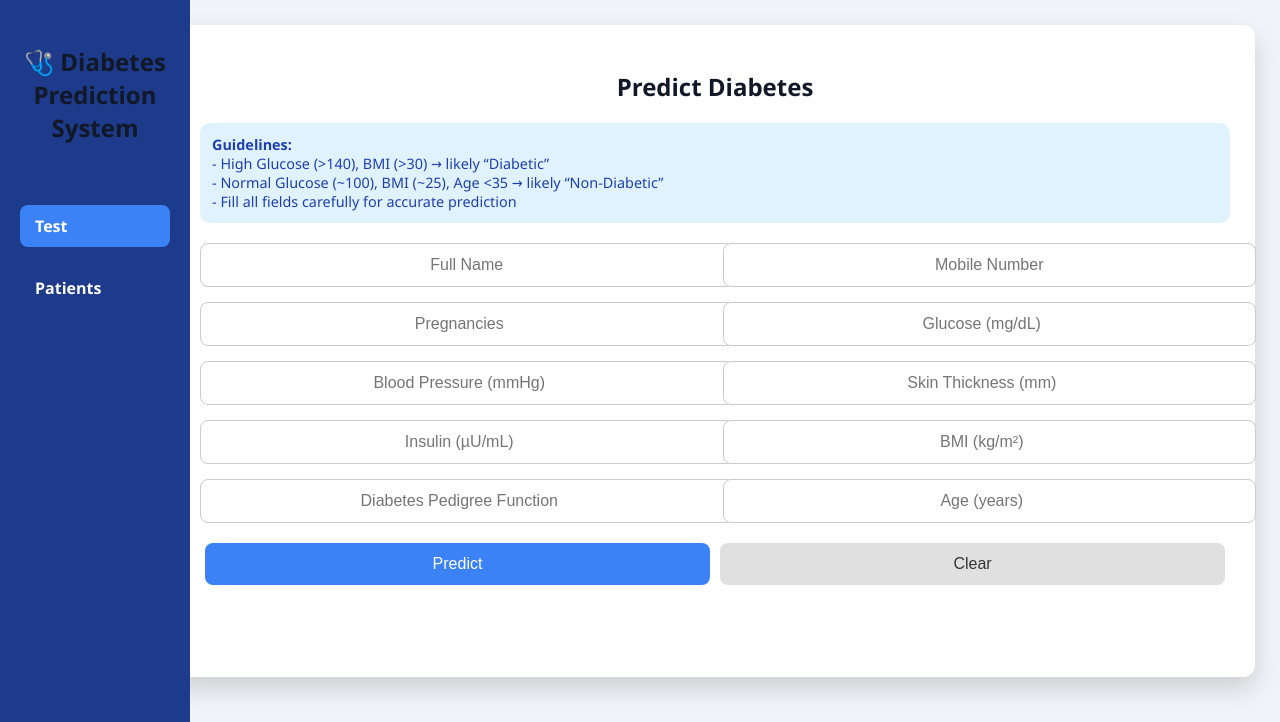
Repository: Aman14150/diabetes-prediction-system
Page: http://localhost/
An editor plug-in stored every save of this project. The page is shown before and after the next save, followed by the edit.
The browser window is 1280 px wide. The pictures show the whole page.
The page is served by the project's application, run on Flask 3 (app.py).

Above is the page before, as saved 2025-10-07 20:11:38.

### templates/index.html
<!DOCTYPE html>
<html lang="en">

<head>
    <meta charset="UTF-8">
    <title>Diabetes Prediction</title>
    <link rel="stylesheet" href="{{ url_for('static', filename='style.css') }}">
</head>

<body>
    <div class="container">
        <aside class="sidebar">
            <h2>🩺 Diabetes Prediction System</h2>
            <ul>
                <li><a href="/" class="{% if not show_patients %}active{% endif %}">Test</a></li>
                <li><a href="/patients" class="{% if show_patients %}active{% endif %}">Patients</a></li>
            </ul>
        </aside>

        <main class="content">
            {% if not show_patients %}
            <!-- Test Form -->
            <div class="card">
                <h2>Predict Diabetes</h2>
                <div class="guidelines">
                    <strong>Guidelines:</strong><br>
                    - High Glucose (>140), BMI (>30) → likely “Diabetic”<br>
                    - Normal Glucose (~100), BMI (~25), Age <35 → likely “Non-Diabetic”<br>
                        - Fill all fields carefully for accurate prediction
                </div>

                <form id="diabetesForm" action="/predict" method="post">
                    <input type="text" name="name" placeholder="Full Name" required>
                    <input type="tel" name="mobile" placeholder="Mobile Number" required>
                    <input type="number" name="Pregnancies" placeholder="Pregnancies" step="any" required>
                    <input type="number" name="Glucose" placeholder="Glucose (mg/dL)" step="any" required>
                    <input type="number" name="BloodPressure" placeholder="Blood Pressure (mmHg)" step="any" required>
                    <input type="number" name="SkinThickness" placeholder="Skin Thickness (mm)" step="any" required>
                    <input type="number" name="Insulin" placeholder="Insulin (µU/mL)" step="any" required>
                    <input type="number" name="BMI" placeholder="BMI (kg/m²)" step="any" required>
                    <input type="number" name="DiabetesPedigreeFunction" placeholder="Diabetes Pedigree Function"
                        step="any" required>
                    <input type="number" name="Age" placeholder="Age (years)" step="any" required>

                    <div class="button-group">
                        <button type="submit" id="predictBtn">Predict</button>
                        <button type="button" id="clearBtn">Clear</button>
                    </div>

                    {% if prediction_text %}
                    <div class="prediction">{{ prediction_text }}</div>
                    {% else %}
                    <div class="prediction">&nbsp;</div>
                    {% endif %}
                </form>
            </div>
            {% else %}
            <!-- Patients Table -->
            <div class="card">
                <h2>Patients List</h2>
                <table>
                    <thead>
                        <tr>
                            <th>Sr. No.</th> <!-- Serial Number -->
                            {% for col in patient_columns[1:] %} <!-- Skip DB ID -->
                            <th>{{ col|capitalize }}</th>
                            {% endfor %}
                            <th>Action</th>
                        </tr>
                    </thead>
                    <tbody>
                        {% for row in patient_data %}
                        <tr>
                            <td>{{ loop.index }}</td> <!-- Sr. No. using Jinja loop.index -->
                            {% for item in row[1:] %} <!-- Skip DB ID -->
                            <td>{{ item }}</td>
                            {% endfor %}
                            <td>
                                <form action="{{ url_for('delete_patient', patient_id=row[0]) }}" method="post"
                                    style="display:inline;">
                                    <button type="submit" class="delete-btn">Delete</button>
                                </form>
                            </td>
                        </tr>
                        {% endfor %}
                    </tbody>
                </table>
            </div>

            {% endif %}
        </main>
    </div>

    <script>
        document.getElementById('clearBtn')?.addEventListener('click', function () {
            document.getElementById('diabetesForm')?.reset();
        });
    </script>
</body>

</html>

### app.py
from flask import Flask, render_template, request, redirect, url_for
import joblib
import pandas as pd
import mysql.connector

app = Flask(__name__)

# MySQL Connection
db = mysql.connector.connect(
    host="127.0.0.1",
    port=3307,
    user="amanR",
    password="Mysql@150",
    database="diabetes_db"
)
cursor = db.cursor()
print("Database Connected successfully ✅")

# Load model & scaler
model = joblib.load("diabetes_model.pkl")
scaler = joblib.load("scaler.pkl")

@app.route('/')
def home():
    return render_template('index.html', prediction_text=None, show_patients=False)

@app.route('/predict', methods=['POST'])
def predict():
    try:
        # Personal info
        name = request.form['name']
        mobile = request.form['mobile']

        # Health data
        data = [float(request.form[key]) for key in [
            "Pregnancies","Glucose","BloodPressure","SkinThickness",
            "Insulin","BMI","DiabetesPedigreeFunction","Age"
        ]]
        input_df = pd.DataFrame([data], columns=[
            "Pregnancies","Glucose","BloodPressure","SkinThickness",
            "Insulin","BMI","DiabetesPedigreeFunction","Age"
        ])
        scaled_input = scaler.transform(input_df)
        prediction = model.predict(scaled_input)[0]
        result = "Diabetic" if prediction == 1 else "Non-Diabetic"

        # Save to MySQL
        sql = """INSERT INTO patients
                 (name, mobile, pregnancies, glucose, blood_pressure, skin_thickness, insulin, bmi, dpf, age, prediction)
                 VALUES (%s,%s,%s,%s,%s,%s,%s,%s,%s,%s,%s)"""
        cursor.execute(sql, (name, mobile, *data, result))
        db.commit()

        return render_template('index.html', prediction_text=f"Prediction: 🩺 {result}", show_patients=False)

    except Exception as e:
        return render_template('index.html', prediction_text=f"Error: {str(e)}", show_patients=False)

@app.route('/patients')
def patients():
    cursor.execute("SELECT * FROM patients")
    rows = cursor.fetchall()
    columns = [desc[0] for desc in cursor.description]
    return render_template('index.html', patient_data=rows, patient_columns=columns, show_patients=True)

@app.route('/delete/<int:patient_id>', methods=['POST'])
def delete_patient(patient_id):
    cursor.execute("DELETE FROM patients WHERE id=%s", (patient_id,))
    db.commit()
    return redirect(url_for('patients'))

if __name__ == '__main__':
    app.run(debug=True)

### static/style.css
body {
    font-family: 'Segoe UI', Tahoma, Geneva, Verdana, sans-serif;
    margin: 0;
    padding: 0;
    background: linear-gradient(135deg,#f0f4f8,#d9e2ec);
}

.container {
    display: flex;
    min-height: 100vh;
}

.sidebar {
    width: 150px;
    background: #1e3a8a;
    color: white;
    padding: 25px 20px;
    display: flex;
    flex-direction: column;
    position: fixed;
    top: 0;
    left: 0;
    height: 100vh;
    overflow-y: auto;
}


.sidebar h2 {
    text-align: center;
    margin-bottom: 25px;
    font-size: 1.5rem;
}

.sidebar ul {
    list-style: none;
    padding: 0;
    flex: 1;
}

.sidebar ul li {
    margin: 20px 0;
}

.sidebar ul li a {
    color: white;
    text-decoration: none;
    font-weight: bold;
    display: block;
    padding: 10px 15px;
    border-radius: 8px;
    transition: background 0.3s;
}

.sidebar ul li a.active, .sidebar ul li a:hover {
    background: #3b82f6;
}

.content {
     flex: 1;
    margin-left: 150px;
    padding: 25px;
    background: #f0f4f8;
}

.card {
    background: white;
    padding: 25px;
    border-radius: 12px;
    box-shadow: 0 12px 25px rgba(0,0,0,0.15);
    margin-bottom: 20px;
}

h2 {
    text-align: center;
    color: #111827;
}

.guidelines {
    background-color: #e0f2fe;
    color: #1e40af;
    padding: 12px;
    border-radius: 10px;
    margin-bottom: 20px;
    font-size: 0.9rem;
    text-align: left;
}

form {
    display: grid;
    grid-template-columns: 1fr 1fr;
    gap: 15px;
}

input {
    width: 100%;
    padding: 12px;
    border-radius: 8px;
    border: 1px solid #ccc;
    font-size: 1rem;
    text-align: center;
}

input:focus {
    outline: none;
    border-color: #3b82f6;
    box-shadow: 0 0 5px rgba(59,130,246,0.5);
}

.button-group {
    grid-column: span 2;
    display: flex;
    justify-content: space-between;
}

button {
    padding: 12px;
    font-size: 1rem;
    border-radius: 8px;
    border: none;
    cursor: pointer;
    flex: 1;
    margin: 5px;
    transition: background-color 0.3s ease;
}

#predictBtn {
    background-color: #3b82f6;
    color: white;
}

#predictBtn:hover {
    background-color: #1e40af;
}

#clearBtn {
    background-color: #e0e0e0;
    color: #333;
}

#clearBtn:hover {
    background-color: #bdbdbd;
}

.prediction {
    grid-column: span 2;
    text-align: center;
    margin-top: 20px;
    font-size: 1.2rem;
    font-weight: bold;
    color: #3b82f6;
}

table {
    width: 100%;
    border-collapse: collapse;
}

table, th, td {
    border: 1px solid #ccc;
}

th, td {
    padding: 12px;
    text-align: center;
}

th {
    background: #3b82f6;
    color: white;
}

.delete-btn {
    background: #ef4444;
    color: white;
    padding: 6px 12px;
    border-radius: 6px;
    border: none;
    cursor: pointer;
    transition: 0.3s;
}

.delete-btn:hover {
    background: #b91c1c;
}

After the next save:
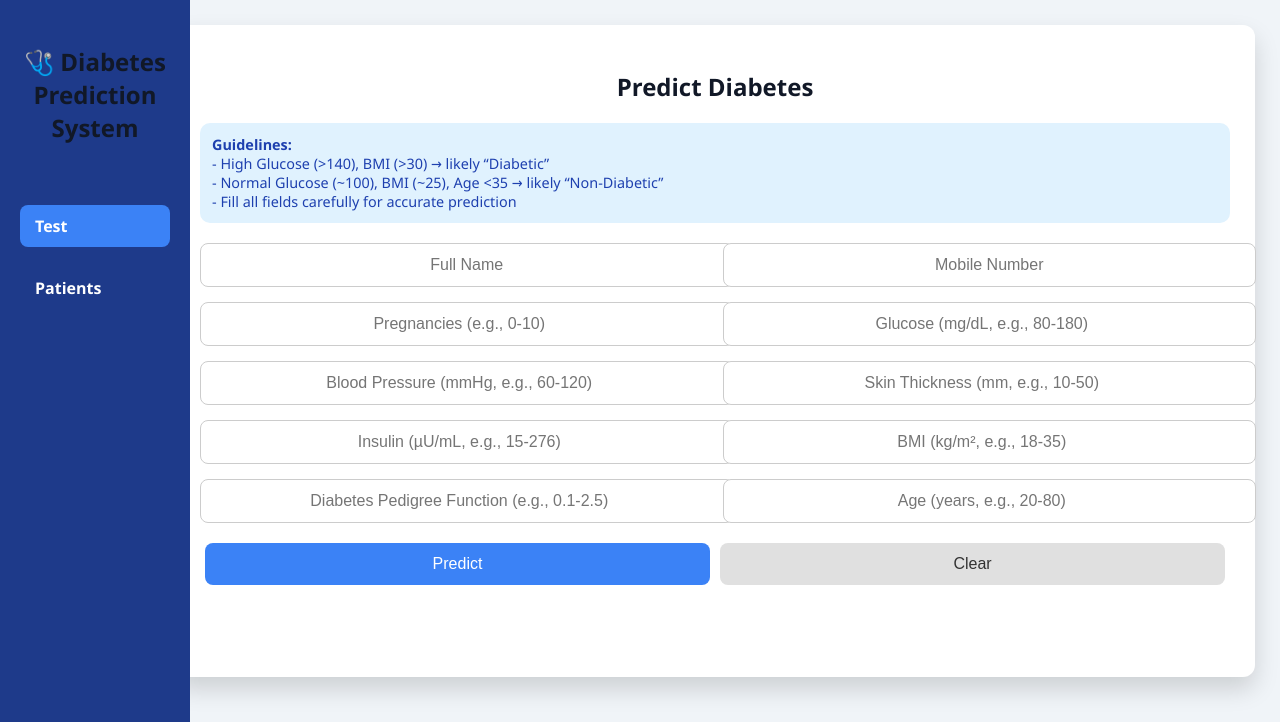
Saved 2 min 5 s later.
--- a/templates/index.html
+++ b/templates/index.html
@@ -31,16 +31,15 @@
 
                 <form id="diabetesForm" action="/predict" method="post">
                     <input type="text" name="name" placeholder="Full Name" required>
-                    <input type="tel" name="mobile" placeholder="Mobile Number" required>
-                    <input type="number" name="Pregnancies" placeholder="Pregnancies" step="any" required>
-                    <input type="number" name="Glucose" placeholder="Glucose (mg/dL)" step="any" required>
-                    <input type="number" name="BloodPressure" placeholder="Blood Pressure (mmHg)" step="any" required>
-                    <input type="number" name="SkinThickness" placeholder="Skin Thickness (mm)" step="any" required>
-                    <input type="number" name="Insulin" placeholder="Insulin (µU/mL)" step="any" required>
-                    <input type="number" name="BMI" placeholder="BMI (kg/m²)" step="any" required>
-                    <input type="number" name="DiabetesPedigreeFunction" placeholder="Diabetes Pedigree Function"
-                        step="any" required>
-                    <input type="number" name="Age" placeholder="Age (years)" step="any" required>
+                        <input type="tel" name="mobile" placeholder="Mobile Number" required>
+                        <input type="number" name="Pregnancies" placeholder="Pregnancies (e.g., 0-10)" step="any" required>
+                        <input type="number" name="Glucose" placeholder="Glucose (mg/dL, e.g., 80-180)" step="any" required>
+                        <input type="number" name="BloodPressure" placeholder="Blood Pressure (mmHg, e.g., 60-120)" step="any" required>
+                        <input type="number" name="SkinThickness" placeholder="Skin Thickness (mm, e.g., 10-50)" step="any" required>
+                        <input type="number" name="Insulin" placeholder="Insulin (µU/mL, e.g., 15-276)" step="any" required>
+                        <input type="number" name="BMI" placeholder="BMI (kg/m², e.g., 18-35)" step="any" required>
+                        <input type="number" name="DiabetesPedigreeFunction" placeholder="Diabetes Pedigree Function (e.g., 0.1-2.5)" step="any" required>
+                        <input type="number" name="Age" placeholder="Age (years, e.g., 20-80)" step="any" required>
 
                     <div class="button-group">
                         <button type="submit" id="predictBtn">Predict</button>
